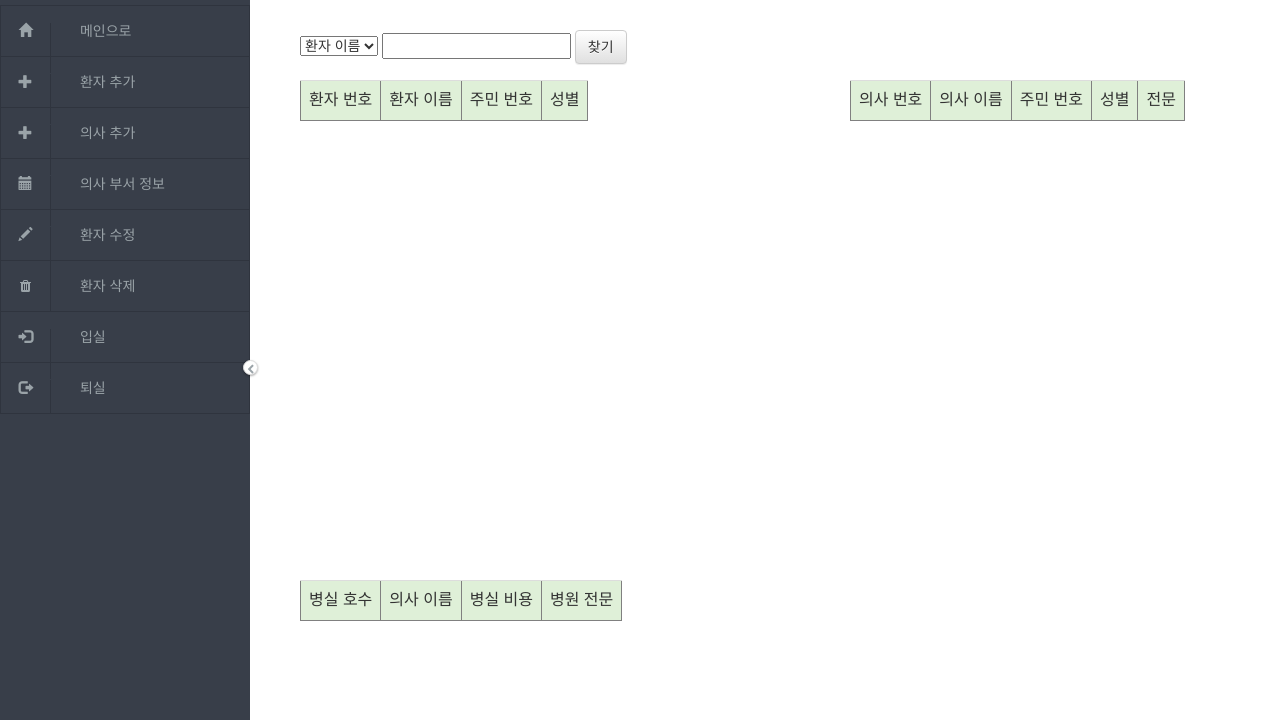
Repository: qaws1134/Hospital_manager
Page: http://localhost/project/main.jsp
These files come from the project's save history. The page is drawn as it stood at one moment and after the next save; the edit follows.
The browser window is 1280 px wide. The pictures show the whole page.
Some web libraries are served in a nearby version. The page is served by Tomcat 9. Other server files are loaded and not shown. The template is opened directly, without the code that normally fills it, so the values that code supplies are empty.

Above is the page before, as saved 2017-12-09 17:19:04.
Console error (its wording comes from the project's code and is left out).

### project/WebContent/main.jsp
<%@ page language="java" contentType="text/html; charset=UTF-8"
    pageEncoding="UTF-8"%>
<%@ taglib uri="http://java.sun.com/jsp/jstl/core" prefix="c" %>

<html lang="kr">
	<head>

	<meta http-equiv="Content-Type" content="text/html" charset="UTF-8">
	<title>http://www.blueb.co.kr</title>
<link rel="stylesheet" href="http://netdna.bootstrapcdn.com/font-awesome/4.3.0/css/font-awesome.min.css">
<!-- 합쳐지고 최소화된 최신 CSS -->
<link rel="stylesheet" href="https://maxcdn.bootstrapcdn.com/bootstrap/3.3.2/css/bootstrap.min.css">
<!-- 부가적인 테마 -->
<link rel="stylesheet" href="https://maxcdn.bootstrapcdn.com/bootstrap/3.3.2/css/bootstrap-theme.min.css">

<!-- 합쳐지고 최소화된 최신 자바스크립트 -->
<script src="https://maxcdn.bootstrapcdn.com/bootstrap/3.3.2/js/bootstrap.min.js"></script>

<style type="text/css">
input[type="checkbox"]#menu_state {
  display: none;
}
input[type="checkbox"]:checked ~ nav {
  width: 250px;
}
input[type="checkbox"]:checked ~ nav label[for="menu_state"] i::before {
  content: "\f053";
}
input[type="checkbox"]:checked ~ nav ul {
  width: 100%;
}
input[type="checkbox"]:checked ~ nav ul li a i {
  border-right: 1px solid #2f343e;
}
input[type="checkbox"]:checked ~ nav ul li a span {
  opacity: 1;
  transition: opacity 0.25s ease-in-out;
}
input[type="checkbox"]:checked ~ main {
  left: 250px;
}
nav {
  position: fixed;
  z-index: 9;
  top: 0;
  left: 0;
  bottom: 0;
  background: #383e49;
  color: #9aa3a8;
  width: 50px;
  font-family: 'Montserrat', sans-serif;
  font-weight: lighter;
  transition: all 0.15s ease-in-out;
}
nav label[for="menu_state"] i {
  cursor: pointer;
  position: absolute;
  top: 50%;
  right: -8px;
  box-shadow: 0 1px 3px rgba(0,0,0,0.12), 0 1px 2px rgba(0,0,0,0.24);
  background: #fff;
  font-size: 10px;
  display: flex;
  justify-content: center;
  align-items: center;
  height: 15px;
  width: 15px;
  border-radius: 50%;
  border: 1px solid #ddd;
  transition: width 0.15s ease-in-out;
  z-index: 1;
}
nav label[for="menu_state"] i::before {
  margin-top: 2px;
  content: "\f054";
}
nav label[for="menu_state"] i:hover {
  box-shadow: 0 10px 20px rgba(0,0,0,0.19), 0 6px 6px rgba(0,0,0,0.23);
}
nav ul {
  overflow: hidden;
  display: block;
  width: 50px;
  list-style-type: none;
  padding: 0;
  margin: 0;
}
nav ul li {
  border: 1px solid #2f343e;
  position: relative;
}
nav ul li.unread:after {
  content: attr(data-content);
  position: absolute;
  top: 10px;
  left: 25px;
  display: flex;
  justify-content: center;
  align-items: center;
  width: 15px;
  height: 15px;
  border-radius: 50%;
  color: #fff;
  background: #ef5952;
  font-size: 8px;
}
nav ul li:not(:last-child) {
  border-bottom: none;
}
nav ul li.active a {
  background: #4c515d;
  color: #fff;
}
nav ul li a {
  position: relative;
  display: block;
  white-space: nowrap;
  text-decoration: none;
  color: #9aa3a8;
  height: 50px;
  width: 100%;
  transition: all 0.15s ease-in-out;
}
nav ul li a:hover {
  background: #4c515d;
  color: #fff;
}
nav ul li a * {
  height: 100%;
  display: inline-block;
}
nav ul li a i {
  text-align: center;
  width: 50px;
  z-index: 999999;
}
nav ul li a i.fa {
  line-height: 50px;
}
nav ul li a span {
  padding-left: 25px;
  opacity: 0;
  line-height: 50px;
  transition: opacity 0.1s ease-in-out;


}

</style>
</head>

<body>
<input type="checkbox" id="menu_state" checked>
<nav>
	<label for="menu_state"><i class="fa"></i></label>
	<ul>
    <li>
      <a href="main.do">
        <i class="glyphicon glyphicon-home"></i>
        <span>메인으로</span>   <!--환자 대기 목록,병실 목록 및 현황-->
      </a>
    </li>
		<li>
			<a href="P_addui.do">
				<i class="glyphicon glyphicon-plus"></i>
				<span>환자 추가</span>
			</a>
		</li>
		<li>
			<a href="D_addui.do">
				<i class="glyphicon glyphicon-plus"></i>
				<span>의사 추가</span>
			</a>
		</li>

		<li>
			<a href="D_clsif.do">
				<i class="glyphicon glyphicon-calendar"></i>
				<span>의사 부서 정보</span>
			</a>
		</li>

		<li>
			<a href="cristal.do">
				<i class="glyphicon glyphicon-pencil"></i>
				<span>환자 수정</span>
			</a>
		</li>
		<li>
			<a href="delsel.do">
				<i class="fa fa-trash"></i>
				<span>환자 삭제</span>
			</a>
		</li>
      <li>
      <a href="insel.do">
        <i class="glyphicon glyphicon-log-in"></i>
        <span>입실</span>
      </a>
    </li>
        <li>
      <a href="javascript:void(0)">
        <i class="glyphicon glyphicon-log-out"></i>
        <span>퇴실</span>
      </a>
    </li>
	</ul>
</nav>
<section style="position:absolute; top:30px;left:300px">
<form action="search.do">
	<select name ="searchName"size ="1">
		<option value="p_name">환자 이름</option>
		<option value="d_name">의사 이름</option>
		<option value="d_cls">병원 종류</option>
	</select>
	<input type="text" name="searchValue"  >
	<input type="submit"  value="찾기" class="btn btn-default">
</form>
</section>

<!-- 환자 정보	 -->
<section style="position:absolute; top:80px;left:300px">
      <table border="1" class="table table-striped">
      	<tr  class="success">
      		<td>환자 번호</td>
      		<td>환자 이름</td>
      		<td>주민 번호</td>
      		<td>성별</td>
      	</tr>

      	<c:forEach items="${P_list}" var="dto">
	      	<tr>
	      		<td>${dto.p_NUM}</td>
	      		<td>${dto.p_NAME}</td>
	      		<td>${dto.p_PERNUM}</td>
	      		<td>${dto.p_GENDER }</td>
	      	</tr>
		</c:forEach>
      </table>
</section>
<!-- 의사 정보 -->
<section style="position:absolute; top:80px;left:850px">
     <table border="1" class="table table-striped">
      	<tr  class="success">
      		<td>의사 번호</td>
      		<td>의사 이름</td>
      		<td>주민 번호</td>
      		<td>성별</td>
      		<td>전문</td>
      	</tr>


      	<c:forEach items="${D_list}" var="dto">
	      	<tr>
	      		<td>${dto.d_NUM}</td>
	      		<td>${dto.d_NAME}</td>
	      		<td>${dto.d_PERNUM}</td>
	      		<td>${dto.d_GENDER }</td>
	      		<td>${dto.d_CLS}</td>
	      	</tr>
		</c:forEach>
      </table>
</section>

<!-- 병실 정보 -->
<section style="position:absolute; top:580px;left:300px">
      <table border="1" class="table table-striped">
      	<tr  class="success">
      		<td>병실 호수</td>
      		<td>의사 이름</td>
      		<td>병실 비용</td>
  			<td>병원 전문</td>


      	</tr>

      	<c:forEach items="${D_inshow}" var="dto">
	      	<tr>
	      		<td>${dto.h_NUM}호</td>
	      		<td>${dto.d_NAME}</td>
	      		<td>${dto.h_COST}</td>
	      		<td>${dto.d_CLS}</td>
	      	</tr>
		</c:forEach>
      </table>
</section>

<!--
<section style="position:absolute; top:400px;left:300px">
     <table border="1">
		<tr>
      	<c:forEach items="${D_list}" var="dto">
	      		<td>${dto.d_NUM}</td>
	      		<td>${dto.d_NAME}</td>
	      		<td>${dto.d_PERNUM}</td>
	      		<td>${dto.d_GENDER }</td>
	      		<td>${dto.d_CLS}</td>
		</c:forEach>
		</tr>
		<tr>
      	<c:forEach items="${D_list}" var="dto">
	      		<td>${dto.d_NUM}</td>
	      		<td>${dto.d_NAME}</td>
	      		<td>${dto.d_PERNUM}</td>
	      		<td>${dto.d_GENDER }</td>
	      		<td>${dto.d_CLS}</td>
		</c:forEach>
		</tr>
		<tr>
      	<c:forEach items="${D_list}" var="dto">
	      		<td>${dto.d_NUM}</td>
	      		<td>${dto.d_NAME}</td>
	      		<td>${dto.d_PERNUM}</td>
	      		<td>${dto.d_GENDER }</td>
	      		<td>${dto.d_CLS}</td>
		</c:forEach>
		</tr>
      </table>
</section>
-->



</body>
</html>

After the next save:
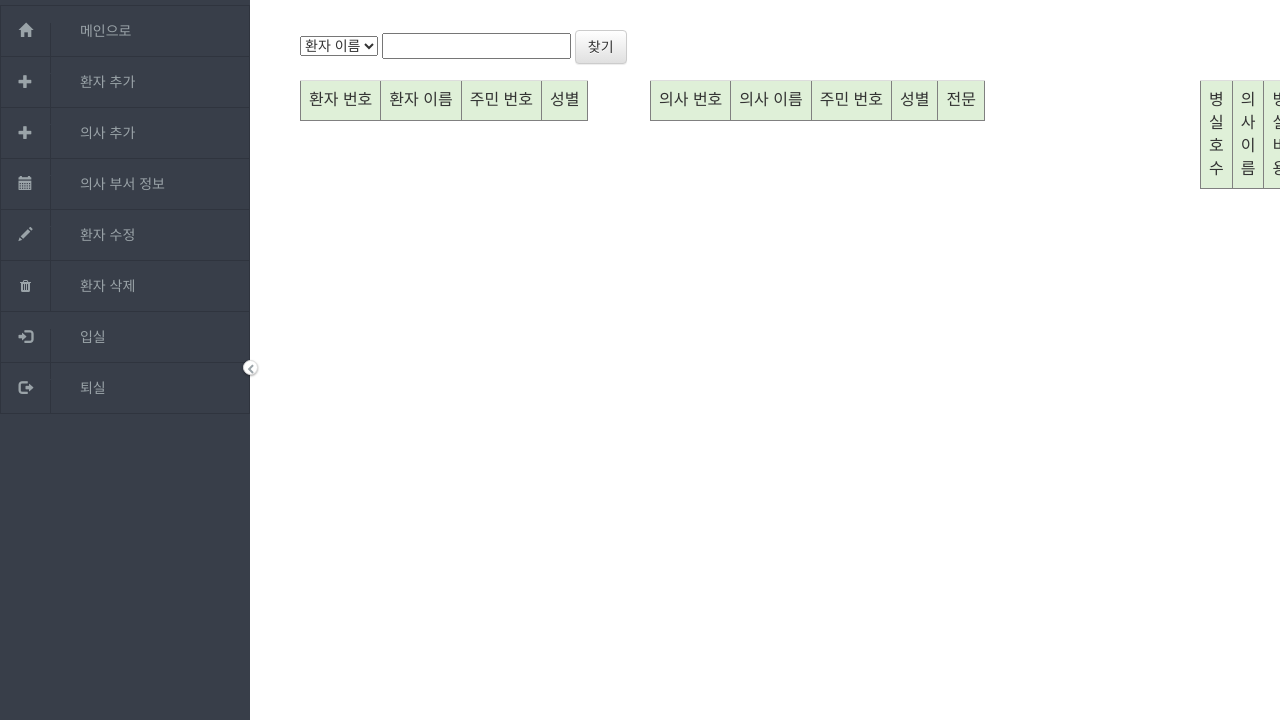
Saved 29 s later.
--- a/project/WebContent/main.jsp
+++ b/project/WebContent/main.jsp
@@ -239,7 +239,7 @@ nav ul li a span {
       </table>
 </section>
 <!-- 의사 정보 -->
-<section style="position:absolute; top:80px;left:850px">
+<section style="position:absolute; top:80px;left:650px">
      <table border="1" class="table table-striped">
       	<tr  class="success">
       		<td>의사 번호</td>
@@ -263,7 +263,7 @@ nav ul li a span {
 </section>
 
 <!-- 병실 정보 -->
-<section style="position:absolute; top:580px;left:300px">
+<section style="position:absolute; top:80px;left:1200px">
       <table border="1" class="table table-striped">
       	<tr  class="success">
       		<td>병실 호수</td>
